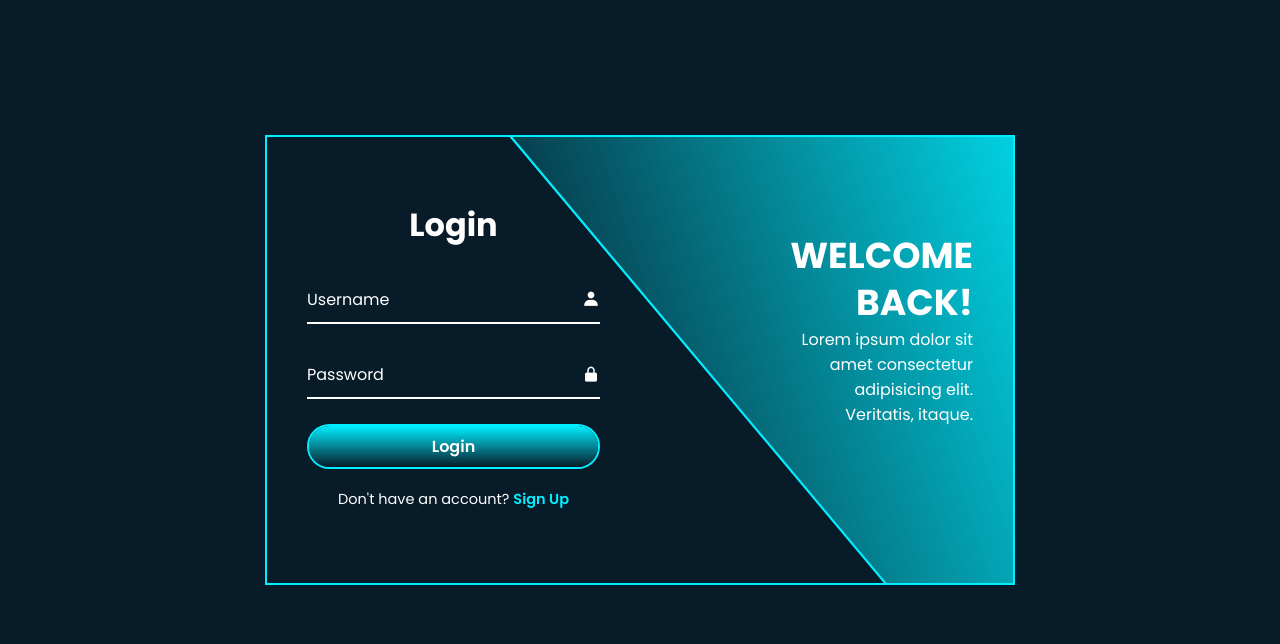
Repository: swastikjhacoder/Login-Registration-HTML
Page: index.html
The author's editor kept a copy of each file at every save. The page is drawn from the files as they stood at one save, then again after a run of saves.
The browser window is 1280 px wide. The pictures show the whole page.

Above is the page before, as saved 2023-09-18 15:47:58.
Not found: js/toastify.js

### index.html
<!DOCTYPE html>
<html lang="en">
  <head>
    <meta charset="UTF-8" />
    <meta http-equiv="X-UA-Compatible" content="IE=edge" />
    <meta name="viewport" content="width=device-width, initial-scale=1.0" />
    <title>Login</title>
    <link rel="shortcut icon" href="./images/favicon.png" />
    <link rel="stylesheet" href="style.css" />
    <link href='https://unpkg.com/boxicons@2.1.4/css/boxicons.min.css' rel='stylesheet'>
    <script src="./js/toastify.js"></script>
  </head>
  <body>
    <div class="wrapper">
        <span class="bg-animate"></span>
        <div class="form-box login">
            <h2>Login</h2>
            <form action="#">
                <div class="input-box">
                    <input type="text" required/>
                    <label>Username</label>
                    <i class='bx bxs-user'></i>
                </div>
                <div class="input-box">
                    <input type="password" required/>
                    <label>Password</label>
                    <i class='bx bxs-lock-alt' ></i>
                </div>
                <button type="submit" class="btn">Login</button>
                <div class="logreg-link">
                    <p>Don't have an account? <a href="#" class="register-link">Sign Up</a></p>
                </div>
            </form>
        </div>
        <div class="info-text login">
            <h2>Welcome Back!</h2>
            <p>Lorem ipsum dolor sit amet consectetur adipisicing elit. Veritatis, itaque.</p>
        </div>
    </div>

  </body>
</html>

### style.css
@import url('https://fonts.googleapis.com/css2?family=Poppins:ital,wght@0,100;0,200;0,300;0,400;0,500;0,600;0,700;0,800;0,900;1,400&display=swap');

* {
    margin: 0;
    padding: 0;
    box-sizing: border-box;
    font-family: 'Poppins', sans-serif;
}

body {
    display: flex;
    justify-content: center;
    align-items: center;
    min-height: 100vh;
    background: #081b29;
}

.wrapper {
    position: relative;
    width: 750px;
    height: 450px;
    background: transparent;
    border: 2px solid #0ef;
    box-shadow: ;
    overflow: hidden;
}

.wrapper .form-box {
    position: absolute;
    top: 0;
    width: 50%;
    height: 100%;
    display: flex;
    flex-direction: column;
    justify-content: center;
}

.wrapper .form-box.login {
    left: 0;
    padding: 0 40px;
}

.form-box h2 {
    font-size: 32px;
    color: #fff;
    text-align: center;
}

.form-box .input-box {
    position: relative;
    width: 100%;
    height: 50px;
    margin: 25px 0;
}

.input-box input {
    width: 100%;
    height: 100%;
    background: transparent;
    border: none;
    outline: none;
    border-bottom: 2px solid #fff;
    padding-right: 23px;
    font-size: 16px;
    color: #fff;
    font-weight: 500;
    transition: .5s;
}

.input-box input:focus,
.input-box input:valid {
    border-bottom-color: #0ef;
}

.input-box label {
    position: absolute;
    top: 50%;
    left: 0;
    transform: translateY(-50%);
    font-size: 16px;
    color: #fff;
    pointer-events: none;
    transition: .5s;
}

.input-box input:focus~label,
.input-box input:valid~label {
    top: -5px;
    color: #0ef
}

.input-box i {
    position: absolute;
    top: 50%;
    right: 0;
    transform: translateY(-50%);
    font-size: 18px;
    color: #fff;
    transition: .5s;
}

.input-box input:focus~i,
.input-box input:valid~i {
    color: #0ef
}

.btn {
    position: relative;
    width: 100%;
    height: 45px;
    background: transparent;
    border: 2px solid #0ef;
    outline: none;
    border-radius: 40px;
    cursor: pointer;
    font-size: 16px;
    color: #fff;
    font-weight: 600;
    z-index: 1;
    overflow: hidden;
}

.btn::before {
    content: '';
    position: absolute;
    top: -100%;
    left: 0;
    width: 100%;
    height: 300%;
    background: linear-gradient(#081b29, #0ef, #081b29, #0ef);
    z-index: -1;
    transition: .5s;
}

.btn:hover::before {
    top: 0;
}

.form-box .logreg-link {
    font-size: 14.5px;
    color: #fff;
    text-align: center;
    margin: 20px 0 10px;
}

.logreg-link p a {
    color: #0ef;
    text-decoration: none;
    font-weight: 600;
}

.logreg-link p a:hover {
    text-decoration: underline;
}

.wrapper .info-text {
    position: absolute;
    top: 0;
    width: 50%;
    height: 100%;
    display: flex;
    flex-direction: column;
    justify-content: center;
}

.wrapper .info-text.login {
    right: 0;
    text-align: right;
    padding: 0 40px 60px 150px;
}

.info-text h2 {
    font-size: 36px;
    color: #fff;
    line-height: 1.3;
    text-transform: uppercase;
}

.info-text p {
    font-size: 16px;
    color: #fff;
}

.wrapper .bg-animate {
    position: absolute;
    top: 0;
    right: 0;
    width: 850px;
    height: 600px;
    background: linear-gradient(45deg, #081b29, #0ef);
    border-bottom: 3px solid #0ef;
    transform: rotate(10deg) skewY(40deg);
    transform-origin: bottom right;
}

After the next 3 saves:
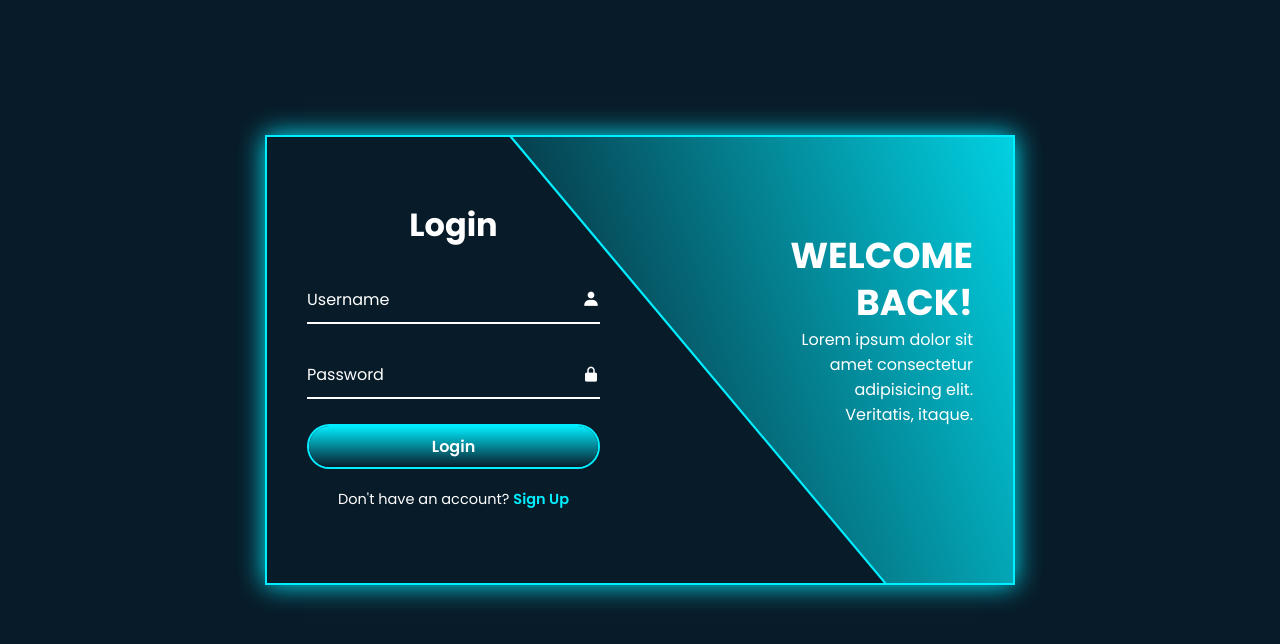
The 3 saves are shown as one change because they came seconds apart.
The last was saved 12 s later.
--- a/style.css
+++ b/style.css
@@ -21,7 +21,7 @@ body {
     height: 450px;
     background: transparent;
     border: 2px solid #0ef;
-    box-shadow: ;
+    box-shadow: 0 0 25px #0ef;
     overflow: hidden;
 }
 
